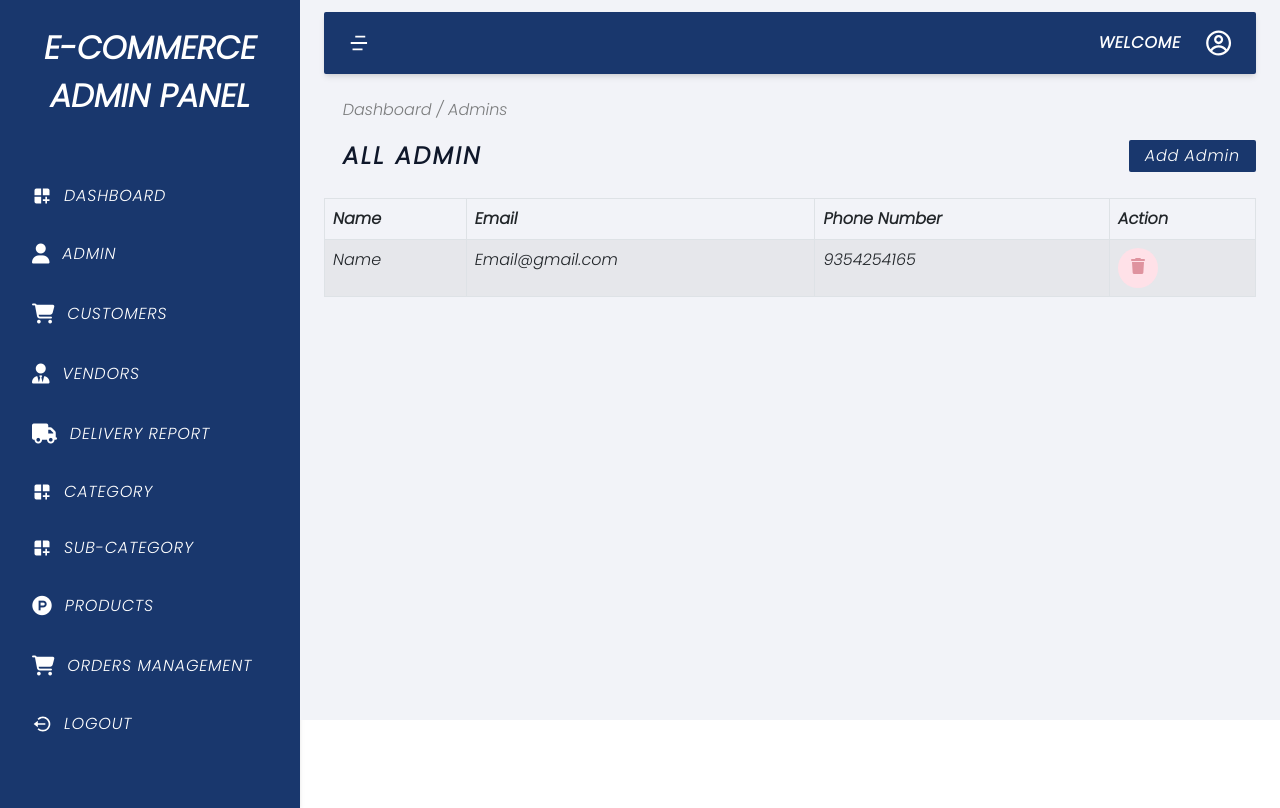
Repository: FlyweisReact/Hariom-Admin-Panel
Page: /E-Commerce/Admin
An editor plug-in stored every save of this project. The page is shown before and after a run of saves, followed by the edit.
The browser window is 1280 px wide. The pictures show the whole page.
Some web libraries are served in a nearby version. The project was rebuilt for these pictures with package versions that can differ from the ones it lists, and the page was loaded fresh each time. Also part of the build but not shown: src/vendorPanel/forms/VendorLogin.jsx, src/vendorPanel/layout/Navbar.jsx, src/vendorPanel/layout/Sidebar.jsx, src/vendorPanel/layout/HOC.jsx, src/vendorPanel/pages/AdminDiscount.js, src/vendorPanel/pages/AdminReview.js, src/vendorPanel/pages/Astrologers.js, src/vendorPanel/pages/Banners.js and 32 more.

Above is the page before, as saved 2023-04-26 18:53:02.

### public/index.html
<!-- @format -->

<!DOCTYPE html>
<html lang="en">
  <head>
    <meta charset="utf-8" />
    <meta name="viewport" content="width=device-width, initial-scale=1" />
    <meta name="theme-color" content="#000000" />
    <meta
      name="description"
      content="Web site created using create-react-app"
    />
    <link rel="apple-touch-icon" href="%PUBLIC_URL%/favicon.ico?v=2" />
    <link rel="manifest" href="%PUBLIC_URL%/manifest.json" />
    <link rel="preconnect" href="https://fonts.googleapis.com">
<link rel="preconnect" href="https://fonts.gstatic.com" crossorigin>
<link href="https://fonts.googleapis.com/css2?family=Roboto+Mono:ital,wght@1,300&display=swap" rel="stylesheet">
    <title>HariOm</title>
  </head>
  <body>
    <noscript>You need to enable JavaScript to run this app.</noscript>
    <div id="root"></div>
    <script src="https://code.jquery.com/jquery-3.6.0.min.js"></script>
    <script src="https://kit.fontawesome.com/b533b351e4.js" crossorigin="anonymous"></script>
  </body>
</html>

### src/index.js
import React from "react";
import ReactDOM from "react-dom/client";
import "./index.css";
import App from "./App";
import { BrowserRouter } from "react-router-dom";
import 'bootstrap/dist/css/bootstrap.min.css'

const root = ReactDOM.createRoot(document.getElementById("root"));
root.render(
  <React.StrictMode>
    <BrowserRouter>
      <App />
    </BrowserRouter>
  </React.StrictMode>
);

### src/index.css
/** @format */

@tailwind base;
@tailwind components;
@tailwind utilities;
@import url("https://fonts.googleapis.com/css2?family=Roboto+Mono:ital,wght@1,300&display=swap");
@font-face {
  font-family: Roboto;
  src: url("./Fonts/Poppins-LightItalic.ttf");
}
body {
  margin: 0;
  font-family: Roboto !important;
  -webkit-font-smoothing: antialiased;
  -moz-osx-font-smoothing: grayscale;
}

code {
  font-family: Roboto !important;
}

html {
  font-family: Roboto !important;
}

::-webkit-scrollbar {
  width: 10px;
}
.fa-trash {
  color: red;
  cursor: pointer;
}

.iCOn {

  transition: 0.5s;
  box-shadow: none;
  transform: scale(1);
}
.cardDiv{
  cursor: pointer;
}

.cardDiv:hover .iCOn{
  box-shadow: rgba(0, 0, 0, 0.35) 0px 5px 15px;
  transform: scale(1.3);
}

/* Track */
::-webkit-scrollbar-track {
  background: #f1f1f1;
}

/* Handle */
::-webkit-scrollbar-thumb {
  background: #888;
}

/* Handle on hover */
::-webkit-scrollbar-thumb:hover {
  background: #555;
}
.profileImage {
  width: 100px;
}
.fa-eye {
  color: #029aff;
  cursor: pointer;
}
.fa-edit {
  cursor: pointer;
  color: blue;
}

.View {
  border: 1px solid black;
  width: 100%;
  padding: 10px;
}

.main-card--container {
  display: grid;
  grid-template-columns: repeat(3, minmax(300px, 500px));
  grid-gap: 50px;
  justify-content: space-around;
}
.card-container {
  margin: 25px 0 auto;
  box-shadow: rgba(0, 0, 0, 0.35) 0px 5px 15px;
  position: relative;
  display: grid;
  grid-template-columns: 1fr;
  justify-content: space-around;
  align-items: flex-start;
}

.myEdit:focus {
  box-shadow: rgba(0, 0, 0, 0.35) 0px 5px 15px;
}



.AstroLogin{
  color: #fff;
  background-color: #2b7a8e;
  padding: 10px;
  width: 380px;
  text-align: center;
  font-size: 20px;
  background: linear-gradient(to left, #2b7a8e 50%, #fff 50%) right;
  background-size: 200%;
  transition: 0.5s ease-out;
  border: 1px solid #2b7a8e;
  margin-top: 10px;
  text-transform: uppercase;
}
.AstroLogin:hover {
  background-position: left;
  color: #2b7a8e;
}

.EcommerceAdminLogin{
  color: #fff;
  background-color: #19376d ;
  padding: 10px;
  width: 380px;
  text-align: center;
  font-size: 20px;
  background: linear-gradient(to left, #19376d 50%, #fff 50%) right;
  background-size: 200%;
  transition: 0.5s ease-out;
  border: 1px solid #19376d;
  margin-top: 10px;
  text-transform: uppercase;
}

.EcommerceAdminLogin:hover{
  background-position: left;
  color: #19376d;
}
.EcommerceVendorLogin{
  color: #fff;
  background-color: #576cbc;
  padding: 10px;
  width: 380px;
  text-align: center;
  font-size: 20px;
  background: linear-gradient(to left, #576cbc 50%, #fff 50%) right;
  background-size: 200%;
  transition: 0.5s ease-out;
  border: 1px solid #576cbc;
  margin-top: 10px;
  text-transform: uppercase;
}

.EcommerceVendorLogin:hover{
  background-position: left;
  color: #576cbc;
}

.view{
  background-color: #2196f3;
  color: #fff;
  width: 50%;
  padding: 5px;
}


.two-sec{
display:flex;
justify-content: space-evenly;
  justify-content: space-evenly;
}
.two-sec .left{
  width: 60%;
  background-color: #f6f1ef;
  padding: 20px;
 }
 .two-sec .left .head{
  font-size: 25px;
  font-weight: bold;
 }



.two-sec .right{
  width: 30%;
  background-color: #f6f1ef;
 }

 .searchDiv{
  width: 100%;
  display: flex;
  gap: 10px;
  border: 1px solid rgb(179, 179, 179);
  padding: 10px;
  margin-bottom: 20px;
  align-items: center;
 }
 .searchDiv input {
  width: 94%;
  outline: none;
  border: none;
 }

 .flexCont {
  display: flex;
  align-items: center;
  gap: 10px;
 }
 .flexCont img{
  width: 60px;
  background-color: #e9ecef;
 }

 .blockContent{
  display: block;
 }
 .blockContent p{
  margin: 0;
 }

 .checkBox{
  width: 50px;
  height: 25px;
  background-color: #e9ecef;
  border-radius: 50px;
  position: relative;
  cursor: pointer;
 }
 .checkBox span{
  width: 20px;
  height: 20px;
  border-radius: 100%;
  background-color: #fff;
  position: absolute;
  left: 5px;
  top: 2px;
 }
 .ActivecheckBox{
  width: 50px;
  height: 25px;
  background-color: #0d6efd;
  border-radius: 50px;
  position: relative;
  cursor: pointer;
 }
 .ActivecheckBox span{
  width: 20px;
  height: 20px;
  border-radius: 100%;
  background-color: #fff;
  position: absolute;
  right: 5px;
  top: 2px;
 }

 .fa-eye{
  color: #0cba73;
  background-color: #d6f8e8;
  width: 40px;
  text-align: center;
  height: 40px;
  display: flex;
  border-radius: 100%;
  justify-content: center;
  padding-top: 10px;  transition: 0.5s;
 }

 .fa-pen-to-square{
  color: #f4c39c;
  background-color: #ffebdb;
  width: 40px;
  text-align: center;
  height: 40px;
  display: flex;
  border-radius: 100%;
  justify-content: center;
  padding-top: 10px;
  cursor: pointer;  transition: 0.5s;
 }
 .fa-trash{
  color: #df939f;
  background-color: #ffe1e8;
  width: 40px;
  text-align: center;
  height: 40px;
  display: flex;
  border-radius: 100%;
  justify-content: center;
  padding-top: 10px;
  cursor: pointer;
  transition: 0.5s;
 }
 .fa-trash:hover{
  transform: scale(1.2);
 }
 .fa-eye:hover{
  transform: scale(1.2);
 }
 .fa-pen-to-square:hover{
  transform: scale(1.2);
 }
 .required{
  color: #e74260;
 }

 .headP{
  margin-left: 2%;
  color: #7b7c7d;
 }
 .filterBox{
  display: flex;
  align-items: center;
  gap: 10px;
  border-bottom: 1px solid #d4d7dc;
  padding-bottom: 20px;
  margin-bottom: 20px;
 }
 .filterBox img{
  width: 30px;

 }
 .filterBox input{
  width: 100%;
  border: 1px solid #d4d7dc;
  outline: none;
  padding: 5px;
  color: black;
 }
 .sectionCont{
  width: 98%;
  background-color: #fff;
  margin-left: 2%;
  padding: 20px;
 }

### src/App.js
/** @format */

import { Routes, Route } from "react-router-dom";
import { ToastContainer } from "react-toastify";
import "react-toastify/dist/ReactToastify.css";
import VendorLogin from "./vendorPanel/forms/VendorLogin";
import AdminDiscount from "./vendorPanel/pages/AdminDiscount";
import AdminReview from "./vendorPanel/pages/AdminReview";
import Astrologers from "./vendorPanel/pages/Astrologers";
import Banners from "./vendorPanel/pages/Banners";
import Booking from "./vendorPanel/pages/Booking";
import Horoscope from "./vendorPanel/pages/Horoscope";
import Kundli from "./vendorPanel/pages/Kundli";
import Message from "./vendorPanel/pages/Message";
import UploadDocs from "./vendorPanel/pages/UploadDocs";
import Users from "./vendorPanel/pages/Users";
import VendorDashboard from "./vendorPanel/pages/VendorDashboard.jsx";
import AdminUsers from "./vendorPanel/pages/AdminUsers";
import AdminBlogs from "./vendorPanel/pages/AdminBlogs";
import AdminCategory from "./vendorPanel/pages/AdminCategory";
import Support from "./vendorPanel/pages/Support";
import AdminTerms from "./vendorPanel/pages/AdminTerms";
import Login from "./E-CommerceAdmin/forms/Login";
import Dashboard from "./E-CommerceAdmin/pages/Dashboard";
import ECategory from "./E-CommerceAdmin/pages/ECategory";
import EProduct from "./E-CommerceAdmin/pages/EProduct";
import EVendorLogin from './E-CommerceVendor/forms/EVendorLogin'
import EVDashboard from "./E-CommerceVendor/pages/EVDashboard";
import EVCategory from "./E-CommerceVendor/pages/EVCategory";
import EVProduct from "./E-CommerceVendor/pages/EVProduct";
import EVendorList from "./E-CommerceAdmin/pages/EVendorList";
import EAdminOrders from "./E-CommerceAdmin/pages/EAdminOrders";
import EAdminProduct from "./E-CommerceAdmin/pages/EAdminProduct";
import EAdminDelivery from "./E-CommerceAdmin/pages/EAdminDelivery";
import EAdminCustomer from "./E-CommerceAdmin/pages/EAdminCustomer";
import EAdmin from "./E-CommerceAdmin/pages/EAdmin";
import ESubCategory from "./E-CommerceAdmin/pages/ESubCategory";
import ESingleProduct from "./E-CommerceAdmin/pages/ESingleProduct";
import EVSubCategory from "./E-CommerceVendor/pages/EVSubCategory";
import EVOrders from "./E-CommerceVendor/pages/EVOrders";
function App() {
  return (
    <>
      <ToastContainer />

      <Routes>
        {/* Astrologer Admin Panel */}
        <Route path="/" element={<VendorLogin />} />
        <Route path="/vendorDashboard" element={<VendorDashboard />} />
        <Route path="/astro" element={<Astrologers />} />
        <Route path="/kundli" element={<Kundli />} />
        <Route path="/horo" element={<Horoscope />} />
        <Route path="/adminReviews" element={<AdminReview />} />
        <Route path="/uploadDocs" element={<UploadDocs />} />
        <Route path="/Banners" element={<Banners />} />
        <Route path="/AdminDiscount" element={<AdminDiscount />} />
        <Route path="/msg" element={<Message />} />
        <Route path="/book" element={<Booking />} />
        <Route path="/privacy-policy" element={<Users />} />
        <Route path="/admin/users" element={<AdminUsers />} />
        <Route path="/admin/blogs" element={<AdminBlogs />} />
        <Route path="/admin/category" element={<AdminCategory />} />
        <Route path="/admin/support" element={<Support />} />
        <Route path="/admin/terms" element={<AdminTerms />} />
        {/* ----------------------------------------- */}

        {/* E-Commerce Admin Panel */}
          <Route path="/E-Commerce/login" element={<Login />} />
          <Route path="/E-Commerce/dashboard" element={<Dashboard />} />
          <Route path="/E-Commerce/Category" element={<ECategory />} />
          <Route path="/E-Commerce/Product" element={<EProduct />} />
          <Route path="/E-Commerce/VendorList" element={<EVendorList />} />
          <Route path="/E-commerce/Admin/Orders" element={<EAdminOrders />} />
          <Route path="/E-Commerce/Admin/Product/:id" element={<EAdminProduct />} />
          <Route path="/E-Commerce/Admin/Delivery" element={<EAdminDelivery />} />
          <Route path="/E-Commerce/Admin/Customer" element={<EAdminCustomer />} />
          <Route path="/E-Commerce/Admin" element={<EAdmin />} />
          <Route path="/E-Commerce/Admin/subCat" element={<ESubCategory />} />
          <Route path="/E-Commerce/Admin/Sproduct/:id" element={<ESingleProduct />} />
        {/* ------------------------------- */}


        {/* E-Commerce Vendor Panel */}
        <Route path="/E-Commerce/vendor/login" element={<EVendorLogin />} />
        <Route path="/E-Commerce/vendor/dashboard" element={<EVDashboard />} />
        <Route path="/E-Commerce/vendor/category" element={<EVCategory />} />
        <Route path="/E-Commerce/vendor/product" element={<EVProduct />} />
        <Route path="/E-Commerce/vendor/subCategory" element={<EVSubCategory />} />
        <Route path="/E-Commerce/vendor/order" element={<EVOrders />} />

        {/* ------------------------------ */}
      </Routes>
    </>
  );
}

export default App;

### src/E-CommerceAdmin/pages/EAdmin.js
/** @format */

import React from "react";
import { Button, Form, Modal, Table } from "react-bootstrap";
import HOC from "../layout/HOC";

const EAdmin = () => {
  const [modalShow, setModalShow] = React.useState(false);

  function MyVerticallyCenteredModal(props) {
    return (
      <Modal
        {...props}
        size="lg"
        aria-labelledby="contained-modal-title-vcenter"
        centered
      >
        <Modal.Header closeButton>
          <Modal.Title id="contained-modal-title-vcenter">
            {" "}
            Add Admin
          </Modal.Title>
        </Modal.Header>
        <Modal.Body>
          <Form>
            <Form.Group className="mb-3">
              <Form.Label>Name</Form.Label>
              <Form.Control type="text" required />
            </Form.Group>

            <Form.Group className="mb-3">
              <Form.Label>Email</Form.Label>
              <Form.Control type="email" required />
            </Form.Group>

            <Form.Group className="mb-3">
              <Form.Label>Phone Number</Form.Label>
              <Form.Control type="number" required />
            </Form.Group>

            <Form.Group className="mb-3">
              <Form.Label>Password</Form.Label>
              <Form.Control type="password" required />
            </Form.Group>

            <Button variant="outline-success" type="submit">
              Submit
            </Button>
          </Form>
        </Modal.Body>
      </Modal>
    );
  }

  return (
    <>
      <MyVerticallyCenteredModal
        show={modalShow}
        onHide={() => setModalShow(false)}
      />

      <p className="headP">Dashboard / Admins</p>

      <div className="pb-4 sticky top-0  w-full flex justify-between items-center"  style={{ width: "98%", marginLeft: "2%" }}>
        <span className="tracking-widest text-slate-900 font-semibold uppercase "   style={{ fontSize: "1.5rem" }}>
          All Admin
        </span>
        <button
          onClick={() => {
            setModalShow(true);
          }}
          className="md:py-2 px-3 md:px-4 py-1 rounded-sm  bg-[#19376d] text-white tracking-wider"
        >
          Add Admin
        </button>
      </div>

      <div style={{ width: "100%", overflow: "auto" }}>
        <Table striped bordered hover>
          <thead>
            <tr>
              <th>Name</th>
              <th>Email</th>
              <th>Phone Number</th>
              <th>Action</th>
            </tr>
          </thead>
          <tbody>
            <tr>
              <td>Name</td>
              <td>Email@gmail.com</td>
              <td>9354254165</td>
              <td>
                <i className="fa-solid fa-trash" />
              </td>
            </tr>
          </tbody>
        </Table>
      </div>
    </>
  );
};

export default HOC(EAdmin);

### src/E-CommerceAdmin/layout/HOC.jsx
/** @format */

import React, { useState } from "react";
import Navbar from "./Navbar";
import Sidebar from "./Sidebar";

const HOC = (Wcomponenet) => {
  return function Component() {
    const [hamb, setHamb] = useState(false);
    return (
      <>
        <section className="flex overflow-x-hidden relative ">
          {/* Sidebar */}
          <div
            className={
              hamb
                ? " absolute top-0 z-30 md:w-auto shadow-md bg-slate-200  w-60 transition-all md:-left-full left duration-150  h-auto overflow-y-auto  left-0 "
                : " md:w-72 z-30 bg-slate-200  shadow-md  md:static absolute top-0 -left-full   transition-all duration-150  overflow-y-auto h-auto"
            }
            style={{ minWidth: "300px" }}
          >
            <Sidebar hamb={hamb} setHamb={setHamb} />
          </div>
          {/* Components & Navbar */}
          <div
            className={
              hamb
                ? " transition-all px-4 py-2  duration-150 w-full h-screen"
                : " w-full h-screen  px-4 py-2   z-50 transition-all duration-150 "
            }
            style={{backgroundColor : '#f2f3f8'}}
          >
            <Navbar hamb={hamb} setHamb={setHamb} />
            <div className="my-6 text-#000 h-[87%] wcomp overflow-y-auto">
              {" "}
              <Wcomponenet />
            </div>
          </div>
        </section>
      </>
    );
  };
};

export default HOC;

### src/E-CommerceAdmin/layout/Navbar.jsx
/** @format */

import { RiMenu4Line } from "react-icons/ri";
import { CgProfile } from "react-icons/cg";
import Form from "react-bootstrap/Form";
import { useState } from "react";
import Button from "react-bootstrap/Button";
import Modal from "react-bootstrap/Modal";
import Container from "react-bootstrap/Container";

function MyVerticallyCenteredModal(props) {
  return (
    <Modal
      {...props}
      size="lg"
      aria-labelledby="contained-modal-title-vcenter"
      centered
    >
      <Modal.Header closeButton>
        <Modal.Title id="contained-modal-title-vcenter">
          Edit Profile
        </Modal.Title>
      </Modal.Header>
      <Modal.Body>
        <Container style={{ width: "600px" }}>
          <Form>
            <Form.Group className="mb-3" controlId="formBasicEmail">
              <Form.Label>Name</Form.Label>
              <Form.Control type="text" placeholder="Admin" />
            </Form.Group>
            <Form.Group className="mb-3" controlId="formBasicPassword">
              <Form.Label>Email Address</Form.Label>
              <Form.Control type="email" placeholder="admin@gmail.com" />
            </Form.Group>
            <Form.Group className="mb-3" controlId="formBasicPassword">
              <Form.Label>Password</Form.Label>
              <Form.Control type="password" placeholder="Password" />
            </Form.Group>
            <Button variant="outline-success" type="submit">
              Edit
            </Button>
          </Form>
        </Container>
      </Modal.Body>
    </Modal>
  );
}

const Navbar = ({ hamb, setHamb }) => {
  const [modalShow, setModalShow] = useState(false);

  return (
    <>
      <MyVerticallyCenteredModal
        show={modalShow}
        onHide={() => setModalShow(false)}
      />

      <div
        className={
          hamb
            ? "flex  w-full justify-between  my-1 rounded-sm  p-4 py-3 shadow-md items-center  bg-slate-200 space-x-4"
            : "flex  w-full justify-between my-1 rounded-sm  p-4 py-3 shadow-md items-center  bg-slate-200 space-x-4"
        }
        style={{backgroundColor : '#19376d'}}
      >
        <RiMenu4Line
          onClick={() => setHamb(!hamb)}
          className="text-2xl font-bold text-gray-900 hover:scale-90 cursor-pointer"
          style={{color : '#fff'}}
        />

        <section className="flex sm:ml-auto justify-end sm:w-full items-center space-x-2  pr-2">
          <figcaption className="tracking-wider pl-1 font-semibold">
            <div className="lg:text-base text-sm text-gray-900  uppercase"    style={{color : '#fff'}}>
              Welcome
            </div>
          </figcaption>
        </section>

        <CgProfile
          onClick={() => setModalShow(true)}
          className="text-2xl sm:text-3xl font-bold text-[rgb(241,146,46)] cursor-pointer"
          style={{color : '#fff'}}
        />
      </div>
    </>
  );
};

export default Navbar;

### src/E-CommerceAdmin/layout/Sidebar.jsx
/** @format */

import React from "react";
import { RiCloseLine } from "react-icons/ri";
import { Link, useNavigate } from "react-router-dom";
import { BiLogOutCircle } from "react-icons/bi";
import { MdDashboardCustomize } from "react-icons/md";

const Sidebar = ({ hamb, setHamb }) => {
  const navigate = useNavigate();

  const nav = [
    {
      icon: <MdDashboardCustomize className="text-xl mr-3 rounded-full " />,
      link: "/E-Commerce/dashboard",
      name: "Dashboard",
    },

    {
      icon: (
        <i class="fa-solid fa-user text-xl mr-3 rounded-full"></i>
        ),
      link: "/E-Commerce/Admin",
      name: "Admin",
    },
    {
      icon: (
        <i className="fa-solid fa-cart-shopping text-xl mr-3 rounded-full"></i>
      ),
      link: "/E-Commerce/Admin/Customer",
      name: "Customers",
    },
    {
      icon:<i class="fa-solid fa-user-tie text-xl mr-3 rounded-full"></i>,
      link: "/E-Commerce/VendorList",
      name: "Vendors",
    },

    {
      icon: (
        <i class="fa-solid fa-truck  text-xl mr-3 rounded-full" ></i>
      ),
      link: "/E-Commerce/Admin/Delivery",
      name: "Delivery Report",
    },

    {
      icon: <MdDashboardCustomize className="text-xl mr-3 rounded-full " />,
      link: "/E-Commerce/Category",
      name: "Category",
    },

    {
      icon: (
        <MdDashboardCustomize className="text-xl mr-3 rounded-full " />
      ),
      link: "/E-Commerce/Admin/subCat",
      name: "Sub-Category",
    },

    {
      icon:<i className="fa-brands fa-product-hunt text-xl mr-3 rounded-full"></i>,
      link: "/E-Commerce/Product",
      name: "Products",
    },

    {
      icon: (
        <i className="fa-solid fa-cart-shopping text-xl mr-3 rounded-full"></i>
      ),
      link: "/E-commerce/Admin/Orders",
      name: "Orders Management",
    },
  ];

  const logOut = () => {
    navigate("/E-Commerce/login");
  };

  return (
    <>
      <aside
        className="p-4 h-auto"
        style={{ backgroundColor: "#19376d", minHeight: "100vh" }}
      >
        {/* Top */}
        <div className="w-full md:hidden relative  p-2 mb-4">
          <RiCloseLine
            onClick={() => setHamb(!hamb)}
            className="text-3xl  absolute top-2 sm:hover:rotate-[228deg] transition-transform font-bold right-2 sm:hover:text-[22px] text-[rgb(241,146,46)] cursor-pointer"
          />
        </div>{" "}
        <figure className="flex  flex-col items-center">
          <span
            className="font-bold text-[#fff]"
            style={{
              fontSize: "2rem",
              textAlign: "center",
              textTransform: "uppercase",
            }}
          >
            E-COMMERCE ADMIN PANEL
          </span>
        </figure>
        <nav className="py-6">
          {nav.map((nav) => {
            return (
              <Link
                to={nav.link}
                key={nav.name}
                className=""
                style={{ textDecoration: "none", textTransform: "uppercase" }}
              >
                <span
                  className="flex my-3 items-center cursor-pointer text-gray-900    tracking-wider p-2 rounded-sm"
                  style={{ color: "#FFF" }}
                >
                  {nav.icon} {nav.name}
                </span>
              </Link>
            );
          })}
          <span
            className="flex my-3 items-center cursor-pointer text-gray-900    tracking-wider p-2 rounded-sm"
            onClick={() => logOut()}
            style={{ color: "#FFF", textTransform: "uppercase" }}
          >
            <BiLogOutCircle className="text-xl mr-3 rounded-full " /> LogOut
          </span>
        </nav>
      </aside>
    </>
  );
};

export default Sidebar;

Loaded but not shown: tailwind.config.js (common file)

After the next 2 saves:
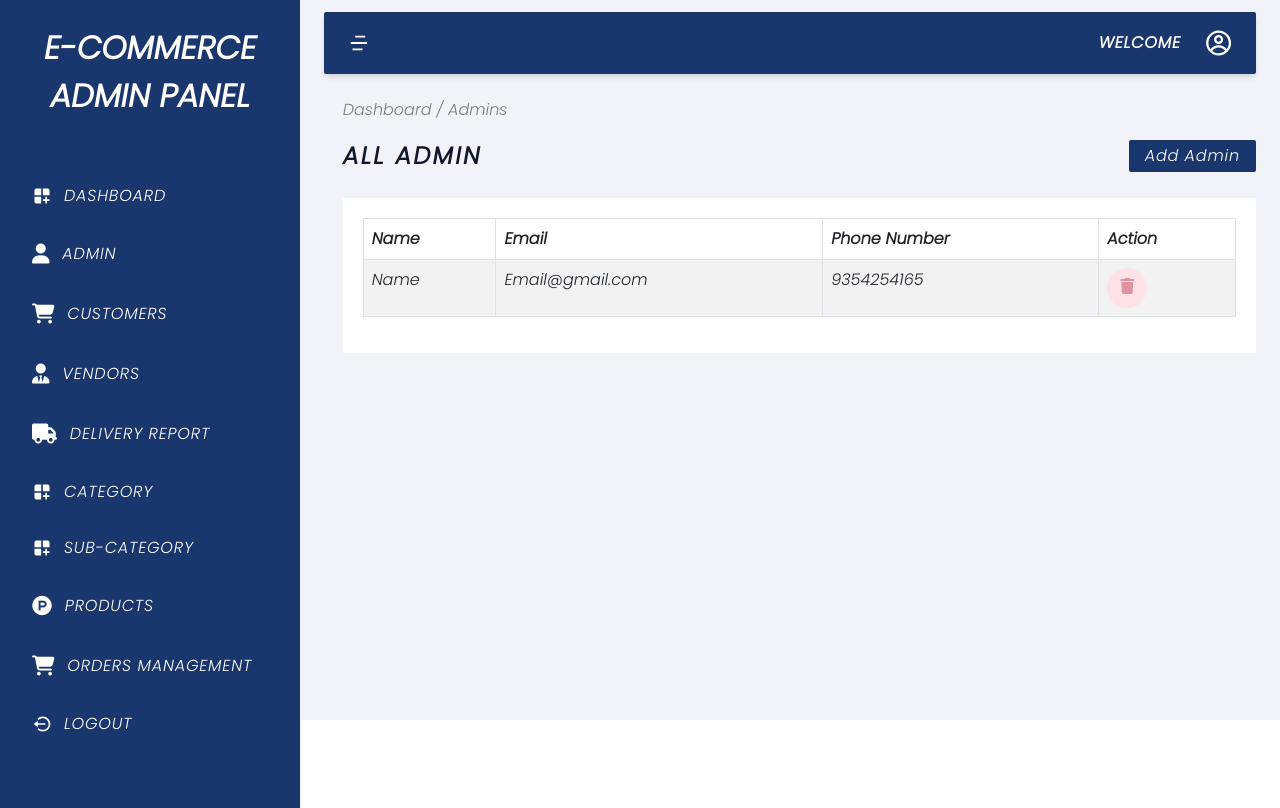
The 2 saves are shown as one change because 1 did not build or start.
The last was saved 15 s later.
--- a/src/E-CommerceAdmin/pages/EAdmin.js
+++ b/src/E-CommerceAdmin/pages/EAdmin.js
@@ -74,6 +74,11 @@ const EAdmin = () => {
           Add Admin
         </button>
       </div>
+      <section
+
+  className='sectionCont'
+>
+
 
       <div style={{ width: "100%", overflow: "auto" }}>
         <Table striped bordered hover>
@@ -97,6 +102,7 @@ const EAdmin = () => {
           </tbody>
         </Table>
       </div>
+      </section>
     </>
   );
 };
